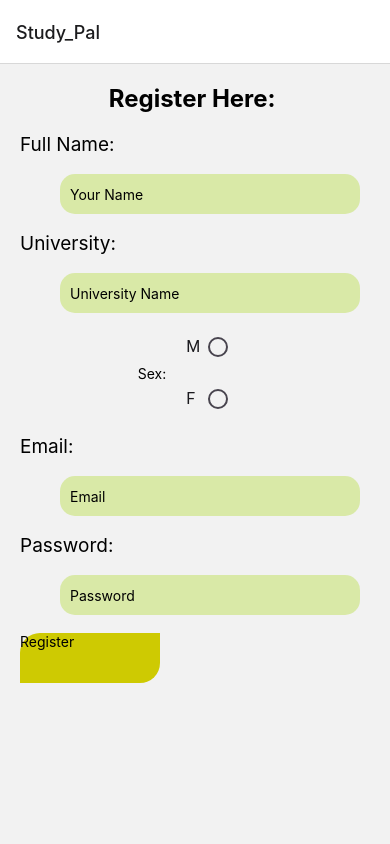
Repository: abdurehmanali611/Study-Pal
Screen: /
These files come from the project's save history. The screen is drawn as it stood at one moment and after a run of saves; the edit follows.
The app was drawn by React Native's web renderer in a window 390 px wide. The project was rebuilt for these pictures with package versions that can differ from the ones it lists, and the page was loaded fresh each time. Also part of the build but not shown: Front_Pages/Home.js, Screens/Softwareeng.js, Screens/Computersci.js, Screens/Informationsci.js, Screens/Informationtech.js, Screens/Softwarecards.js, Screens/Computercards.js, Screens/Sciencecards.js and 4 more.

Above is the screen before, as saved 2024-01-23 22:28:01.

After the next 2 saves:
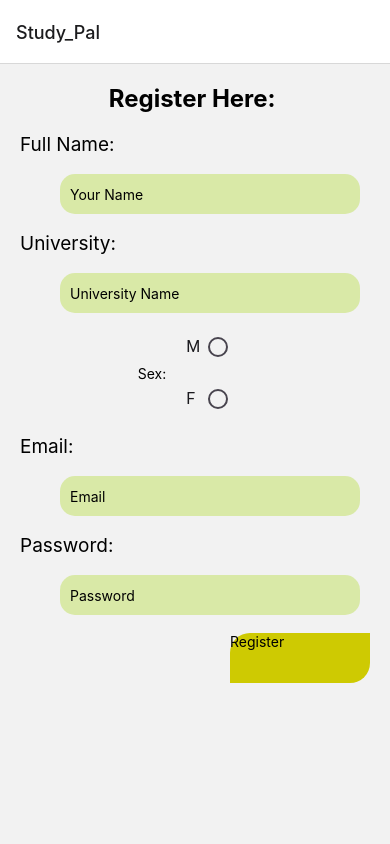
The 2 saves are shown as one change because they came seconds apart.
The last was saved 13 s later.
--- a/Front_Pages/Sign_Up.js
+++ b/Front_Pages/Sign_Up.js
@@ -153,7 +153,7 @@ const styles = StyleSheet.create ({
       marginVertical: 10 ,
       borderTopLeftRadius: 20,
       borderBottomRightRadius: 20,
-
+      alignSelf: 'flex-end'
     }
 })
 
